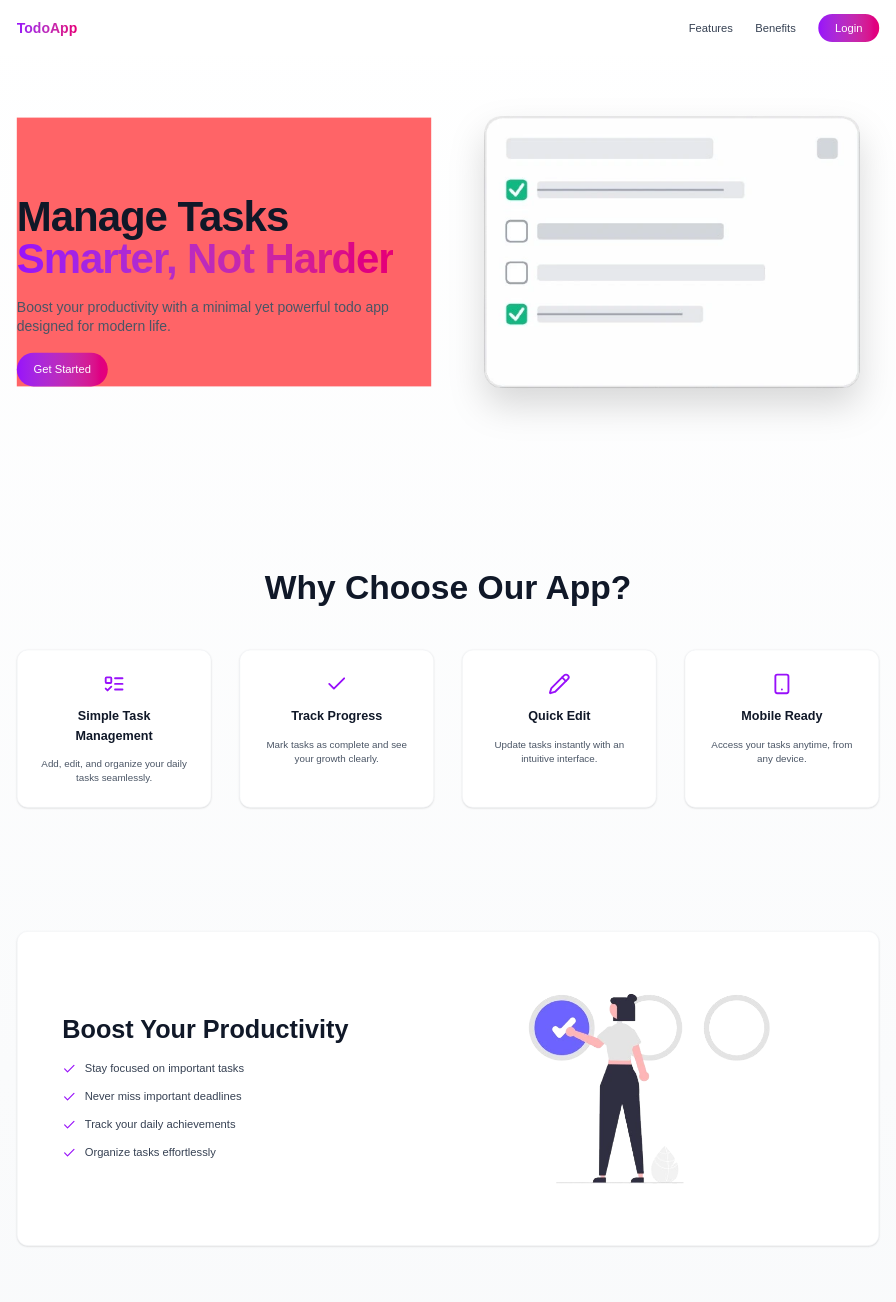
Repository: feldafauzan20/todo-app
Page: /
These files come from the project's save history. The page is drawn as it stood at one moment and after the next save; the edit follows.
The browser window is 1280 px wide. The pictures show the whole page, at 70% of full size.
The project was rebuilt for these pictures with package versions that can differ from the ones it lists, and the page was loaded fresh each time. The framework's server and built-in components were replaced by stand-ins that run in the browser. Also part of the build but not shown: next.config.ts.

Above is the page before, as saved 2025-09-25 23:54:09.

After the next save:
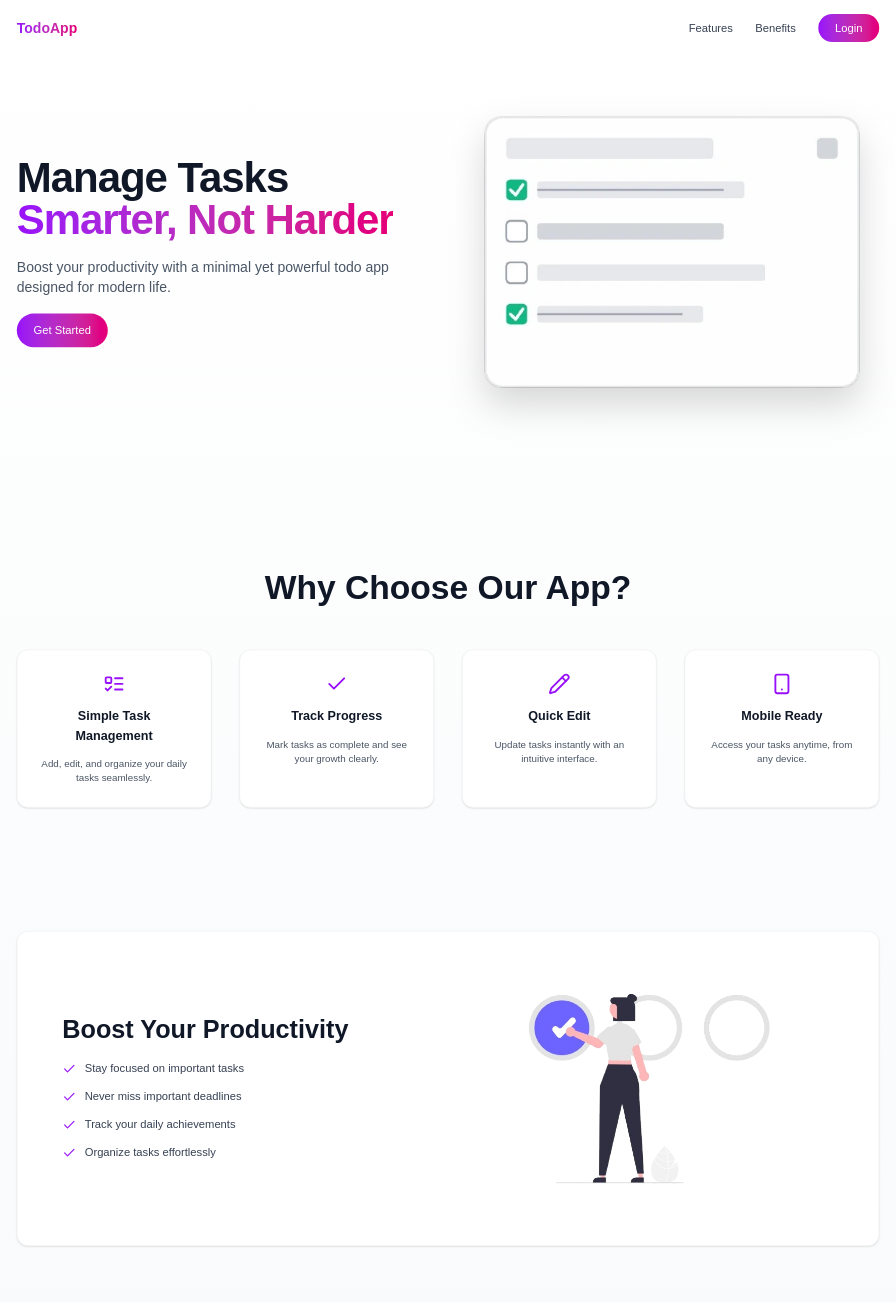
Saved 37 s later.
--- a/src/app/page.tsx
+++ b/src/app/page.tsx
@@ -65,7 +65,7 @@ export default function LandingPage() {
 
         <div className="container mx-auto grid md:grid-cols-2 gap-12 items-center">
           {/* Hero Content */}
-          <div className="text-center md:text-left bg-red-400 pt-28 space-y-6">
+          <div className="text-center md:text-left pt-28 md:pt-0 space-y-6">
             <motion.h1
               initial="hidden"
               animate="visible"
